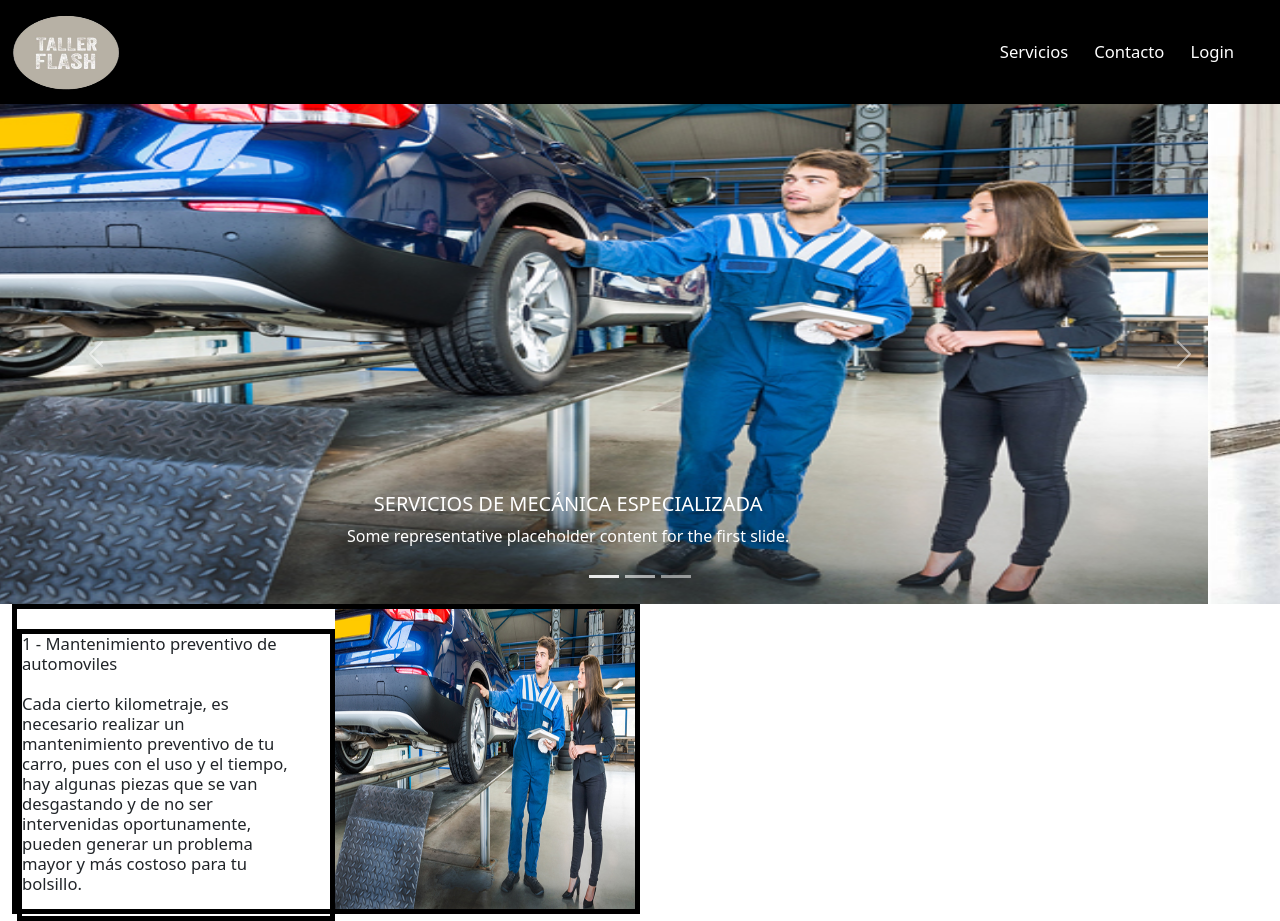
Repository: nder1996/Boostrap.Taller.Arquitectura
Page: Index.html
An editor plug-in stored every save of this project. The page is shown before and after the next save, followed by the edit.
The browser window is 1280 px wide. The pictures show the whole page.

Above is the page before, as saved 2021-07-23 06:34:21.

### Index.html
<!DOCTYPE html>
<html lang="en">

<head>
	<meta charset="UTF-8">
	<meta name="viewport" content="width=device-width, initial-scale=1.0">
	<link rel="shortcut icon" href="img/Logo.png">
	<link href="https://cdn.jsdelivr.net/npm/bootstrap@5.0.2/dist/css/bootstrap.min.css" rel="stylesheet"
		integrity="sha384-EVSTQN3/azprG1Anm3QDgpJLIm9Nao0Yz1ztcQTwFspd3yD65VohhpuuCOmLASjC" crossorigin="anonymous">
	<link rel="stylesheet" href="https://cdnjs.cloudflare.com/ajax/libs/font-awesome/5.15.3/css/all.min.css"
		integrity="sha512-iBBXm8fW90+nuLcSKlbmrPcLa0OT92xO1BIsZ+ywDWZCvqsWgccV3gFoRBv0z+8dLJgyAHIhR35VZc2oM/gI1w=="
		crossorigin="anonymous" referrerpolicy="no-referrer" />
	<link rel="stylesheet" href="css/style.css">
	<title>Taller Automotriz</title>
</head>

<body>

	<nav class="navbar navbar-expand-lg navbar-light">
		<div class="container-fluid">
			<a class="navbar-brand" href="#"><img src="img/Logo.png" alt="" style='width: 110px; height: 78px;'></a>
			<button class="navbar-toggler" type="button" data-bs-toggle="collapse" data-bs-target="#navbarNav"
				aria-controls="navbarNav" aria-expanded="false" aria-label="Toggle navigation">
				<span class="navbar-toggler-icon"></span>
			</button>
			<div class="collapse navbar-collapse" id="navbarNav">
				<ul class="navbar-nav ms-auto">
					<li class="nav-item">
						<a class="nav-link active" aria-current="page" href="#">Servicios</a>
					</li>
					<li class="nav-item">
						<a class="nav-link" href="#">Contacto</a>
					</li>
					<li class="nav-item">
						<a class="nav-link" href="#">Login</a>
					</li>
				</ul>
			</div>
		</div>
	</nav>
	<div id="carouselExampleCaptions" class="carousel slide" data-bs-ride="carousel">
		<div class="carousel-indicators">
			<button type="button" data-bs-target="#carouselExampleCaptions" data-bs-slide-to="0" class="active"
				aria-current="true" aria-label="Slide 1"></button>
			<button type="button" data-bs-target="#carouselExampleCaptions" data-bs-slide-to="1"
				aria-label="Slide 2"></button>
			<button type="button" data-bs-target="#carouselExampleCaptions" data-bs-slide-to="2"
				aria-label="Slide 3"></button>
		</div>
		<div class="carousel-inner">
			<div class="carousel-item active">
				<img src="img/Mantenimiento_1.jpg" class="d-block w-100" alt="...">
				<div class="carousel-caption d-none d-md-block">
					<h5>SERVICIOS DE MECÁNICA
						ESPECIALIZADA</h5>
					<p>Some representative placeholder content for the first slide.</p>
				</div>
			</div>
			<div class="carousel-item">
				<img src="img/Mantenimiento_3.png" class="d-block w-100" alt="...">
				<div class="carousel-caption d-none d-md-block">
					<h5>SERVICIOS DE MECÁNICA
						ESPECIALIZADA</h5>
					<p>Some representative placeholder content for the second slide.</p>
				</div>
			</div>
			<div class="carousel-item">
				<img src="img/Mantenimiento_2.png" class="d-block w-100" alt="...">
				<div class="carousel-caption d-none d-md-block">
					<h5>Third slide label</h5>
					<p>Some representative placeholder content for the third slide.</p>
				</div>
			</div>
		</div>
		<button class="carousel-control-prev" type="button" data-bs-target="#carouselExampleCaptions"
			data-bs-slide="prev">
			<span class="carousel-control-prev-icon" aria-hidden="true"></span>
			<span class="visually-hidden">Previous</span>
		</button>
		<button class="carousel-control-next" type="button" data-bs-target="#carouselExampleCaptions"
			data-bs-slide="next">
			<span class="carousel-control-next-icon" aria-hidden="true"></span>
			<span class="visually-hidden">Next</span>
		</button>
	</div>


	<div class="Servicios container-fluid">
		<div class="Servicio" id="Servicio_1">
			<br> <br>
				<h1>1 - Mantenimiento preventivo de automoviles <br> <br>
					<p>
						Cada cierto kilometraje, es necesario realizar un mantenimiento preventivo de tu carro, pues con
						el uso
						y el tiempo, hay algunas piezas que se van desgastando y de no ser intervenidas oportunamente,
						pueden
						generar un problema mayor y más costoso para tu bolsillo.
					</p>
				</h1>
				<br>
				<img src="img/Mantenimiento_1.jpg" alt="" width="300px" height="300px">



	<!--	<button>Más Información</button>
-->



		</div>


	</div>
	<!--
		<div><img src="img/Mantenimiento_2.png" alt="" width="300px" height="300px"></div>
		<div><img src="img/Mantenimiento_3.png" alt="" width="300px" height="300px"></div>
		<div><img src="img/Mantenimiento_4.png" alt="" width="300px" height="300px"></div>
		-->











	<script src="https://cdn.jsdelivr.net/npm/bootstrap@5.0.2/dist/js/bootstrap.bundle.min.js"
		integrity="sha384-MrcW6ZMFYlzcLA8Nl+NtUVF0sA7MsXsP1UyJoMp4YLEuNSfAP+JcXn/tWtIaxVXM" crossorigin="anonymous">
	</script>
	<script src="https://cdnjs.cloudflare.com/ajax/libs/jquery/3.6.0/jquery.min.js"
		integrity="sha512-894YE6QWD5I59HgZOGReFYm4dnWc1Qt5NtvYSaNcOP+u1T9qYdvdihz0PPSiiqn/+/3e7Jo4EaG7TubfWGUrMQ=="
		crossorigin="anonymous" referrerpolicy="no-referrer"></script>
</body>

</html>

### css/style.css
nav{
    background-color: black !important;
}

nav li{
    position:relative;
    margin-left: 10px;
    left:-10%;
}

nav li a{
    color:white !important;
    font-size: 1.3vw;
}

.carousel-inner{
    position:relative;
    width: 100%;
    height: 500px;
}

.carousel-item img{
    position:relative;
    width: 100%;
    height: 500px;
}

.Servicios{
    position:relative;

}

.Servicios .Servicio{
    display: flex;
    border:5px solid black;
    width: 50%;
    height: 310px;
}

.Servicios div h1{
    position:relative;
    border:5px solid black;
    text-align: left;
    font-size: 1.3vw;
    width: 60%;
    top:20px;
}

.Servicios div p{
    position:relative;
    width: 87%;
}

After the next save:
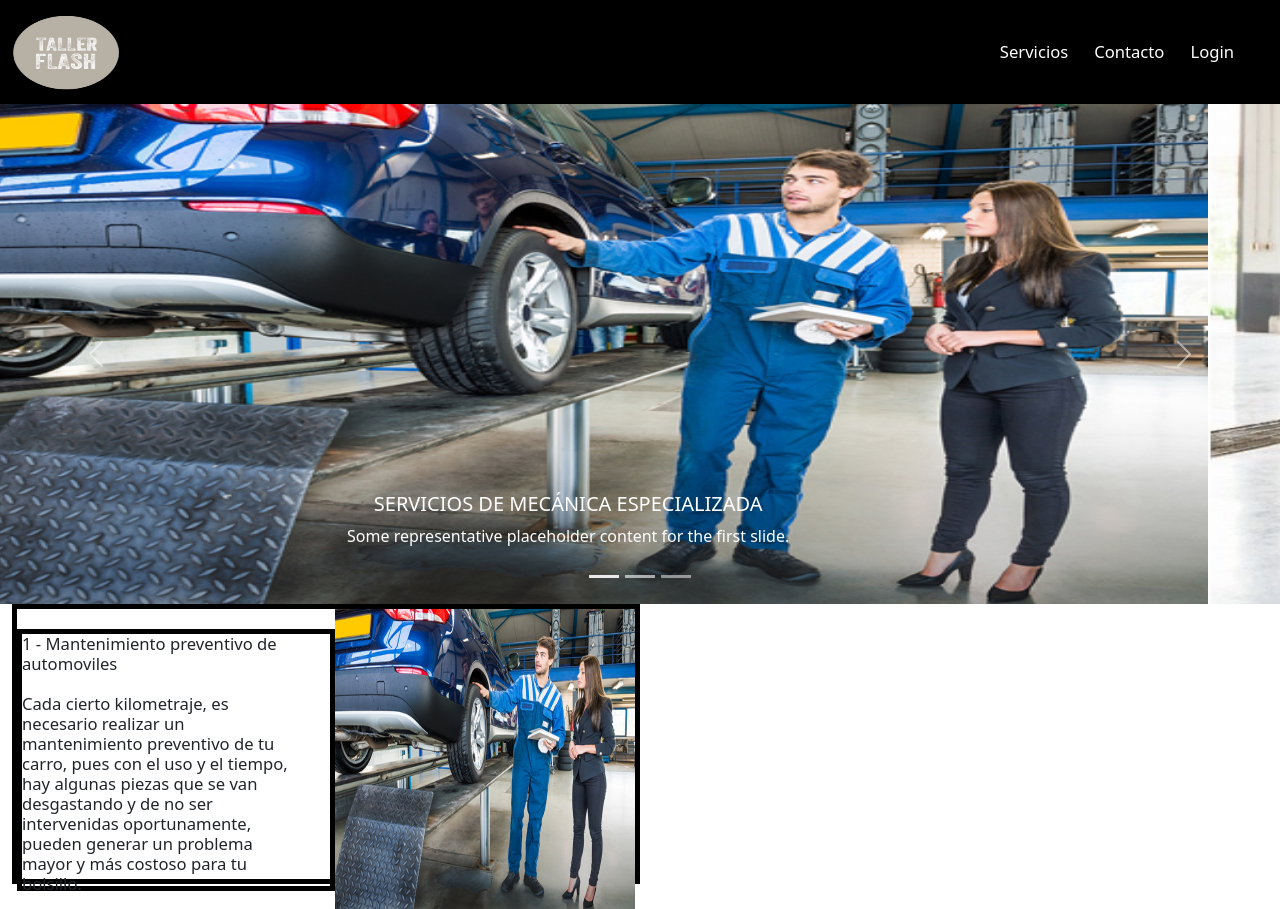
Saved 6 s later.
--- a/css/style.css
+++ b/css/style.css
@@ -34,7 +34,7 @@ nav li a{
     display: flex;
     border:5px solid black;
     width: 50%;
-    height: 310px;
+    height: 280px;
 }
 
 .Servicios div h1{
